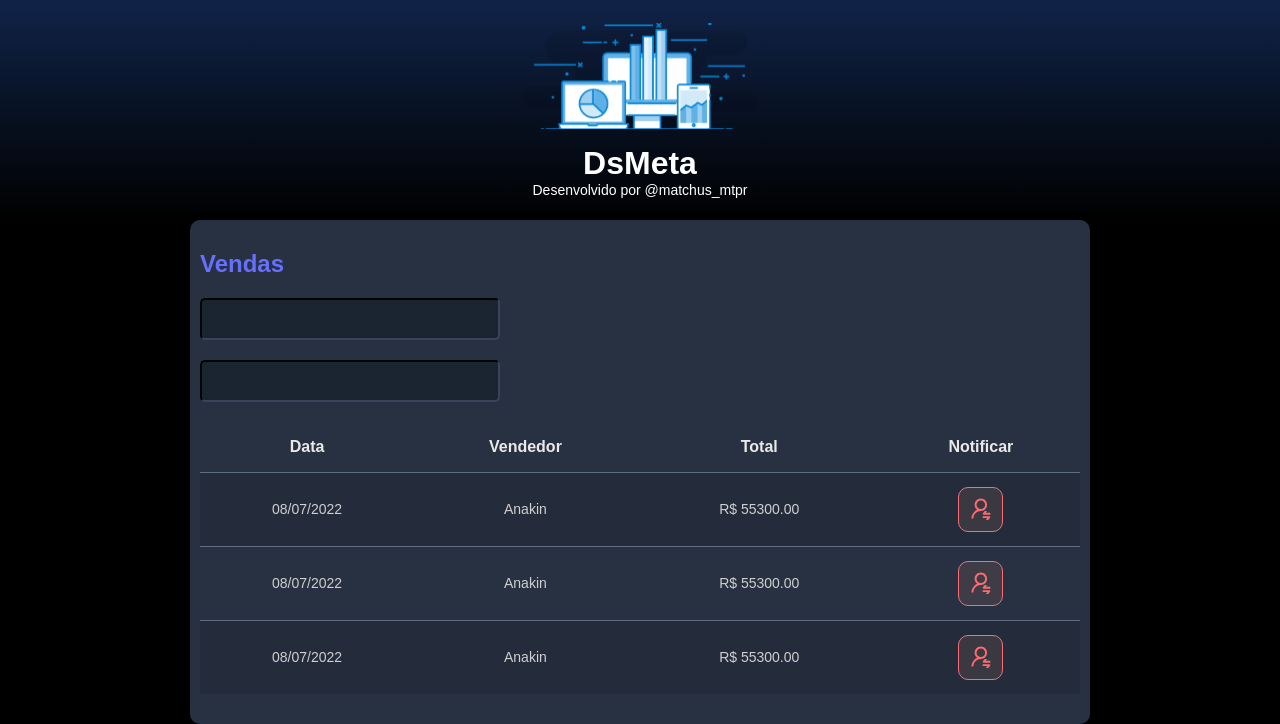
Repository: MatheusAlvesPereiraRosa/ds-meta
Page: index.html
An editor plug-in stored every save of this project. The page is shown before and after the next save, followed by the edit.
The browser window is 1280 px wide. The pictures show the whole page.

Above is the page before, as saved 2022-09-05 17:12:59.

### index.html
<!DOCTYPE html>
<html lang="en">
  <head>
    <meta charset="UTF-8" />
    <meta http-equiv="X-UA-Compatible" content="IE=edge" />
    <meta name="viewport" content="width=device-width, initial-scale=1.0" />
    <title>Document</title>

    <link rel="stylesheet" href="styles.css" />
  </head>

  <body>
    <header>
      <div class="dsmeta-logo-container">
        <img src="logo.svg" alt="Logo" />
        <h1>DsMeta</h1>
        <p>
          Desenvolvido por
          <a href="https://www.instagram.com/matchus_mtpr">@matchus_mtpr</a>
        </p>
      </div>
    </header>

    <main>
      <section id="sales">
        <div class="dsmeta-container">
          <div class="dsmeta-card">
            <h2 class="dsmeta-sales-title">Vendas</h2>
            <div>
              <div class="dsmeta-form-control-container">
                <input class="dsmeta-form-control" type="text" />
              </div>
              <div class="dsmeta-form-control-container">
                <input class="dsmeta-form-control" type="text" />
              </div>
            </div>

            <div>
              <table class="dsmeta-sales-table">
                <thead>
                  <tr>
                    <th class="show576">Data</th>
                    <th>Vendedor</th>
                    <th>Total</th>
                    <th>Notificar</th>
                  </tr>
                </thead>
                <tbody>
                  <tr>
                    <td class="show576">08/07/2022</td>
                    <td>Anakin</td>
                    <td>R$ 55300.00</td>
                    <td>
                      <div class="dsmeta-red-btn-container">
                        <div class="dsmeta-red-btn">
                          <img src="icone.svg" alt="Notificar" />
                        </div>
                      </div>
                      </tr>
                    </td>
                  </tr>

                  <tr>
                    <td class="show576">08/07/2022</td>
                    <td>Anakin</td>
                    <td>R$ 55300.00</td>
                    <td>
                      <div class="dsmeta-red-btn-container">
                        <div class="dsmeta-red-btn">
                          <img src="icone.svg" alt="Notificar" />
                        </div>
                      </div>
                      </tr>
                    </td>
                  </tr>
                  <tr>
                    <td class="show576">08/07/2022</td>
                    <td>Anakin</td>
                    <td>R$ 55300.00</td>
                    <td>
                      <div class="dsmeta-red-btn-container">
                        <div class="dsmeta-red-btn">
                          <img src="icone.svg" alt="Notificar" />
                        </div>
                      </div>
                      </tr>
                    </td>
                  </tr>
                </tbody>
              </table>
            </div>
          </div>
        </div>
      </section>
    </main>
  </body>
</html>

### styles.css
@import url('https://fonts.googleapis.com/css2?family=Roboto:wght@300&display=swap');

* {
    font-family: 'Rotobto', sans-serif;
    box-sizing: border-box;
    margin: 0;
    padding: 0;
}

header {
    background: linear-gradient(180deg, #102347 0%, transparent);
    height: 220px;
    display: flex;
    align-items: center;
    justify-content: center;
}

body, html {
    background-color: black;
    color: #fff;
}

a, a:hover, a:visited {
    color: unset;
    text-decoration: none;
}

.dsmeta-logo-container {
    display: flex;
    flex-direction: column;
    align-items: center;
}

.dsmeta-logo-container img{
    width: 235px;
}

.dsmeta-logo-container h1{
    margin-top: 15px;
}

.dsmeta-logo-container p{
    font-size: 14px;
    font-weight: 300;
}

.dsmeta-card {
    background-color: #283142;
    border-radius: 10px;
    padding: 30px 10px;
}

.dsmeta-container {
    width: 100%;
    max-width: 900px;
    margin: 0 auto;
}

#id {
    padding: 40px 10px;
}

.dsmeta-sales-title {
    color: #676FFF;
    font-size: 24px;
    margin-bottom: 20px;
}

.dsmeta-form-control {
    height: 36px;
    background-color: #1B2531;
    width: 100%;
    max-width: 300px;
    border-radius: 5px;
    border-color: #384459;
    color: #9AAABE;
    padding: 19px 20px;
    font-size: 18px;
}

.dsmeta-sales-table {
    width: 100%;
    border-spacing: 0;
    border-collapse: collapse;
}

.dsmeta-sales-table thead{
    height: 50px;
    font-size: 16px;
    color: #E9E9E9;
    font-weight: 600;
}

.dsmeta-sales-table tbody{
    font-weight: 400;
    font-size: 14px;
    color: #CFCFCF;
    text-align: center;
}

.dsmeta-sales-table tbody tr {
    height: 74px;
    border-top: 1px solid #5F6E82;
}

.dsmeta-sales-table tbody tr:nth-child(odd) {
    background-color: #242C3B;
}

.dsmeta-sales-table tbody tr:hover > td {
    background-color: #384459;
}

.dsmeta-red-btn-container {
    display: flex;
    justify-content: center;
}

.dsmeta-red-btn {
    height: 45px;
    width: 45px;
    background-color: rgba(255, 167, 114, 0.1);
    border: 1px solid #ff6b72;
    border-radius: 10px;
    display: flex;
    align-items: center;
    justify-content: center;
    cursor: pointer;
}

.dsmeta-form-control-container {
    margin-bottom: 20px;
}

After the next save:
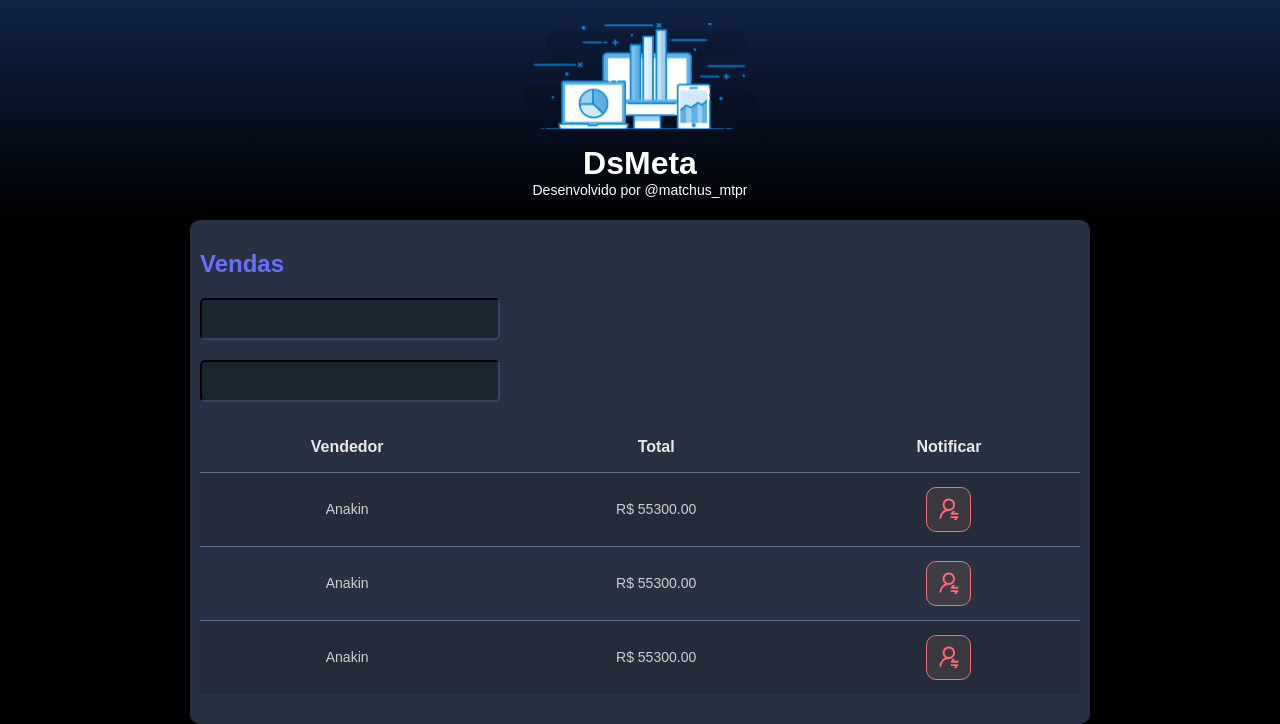
Saved 67 s later.
--- a/styles.css
+++ b/styles.css
@@ -116,6 +116,14 @@
     justify-content: center;
 }
 
+.show576 {
+    display: none;
+}
+
+@media (min-width: 576px) {
+
+}
+
 .dsmeta-red-btn {
     height: 45px;
     width: 45px;

After the 2 saves that followed:
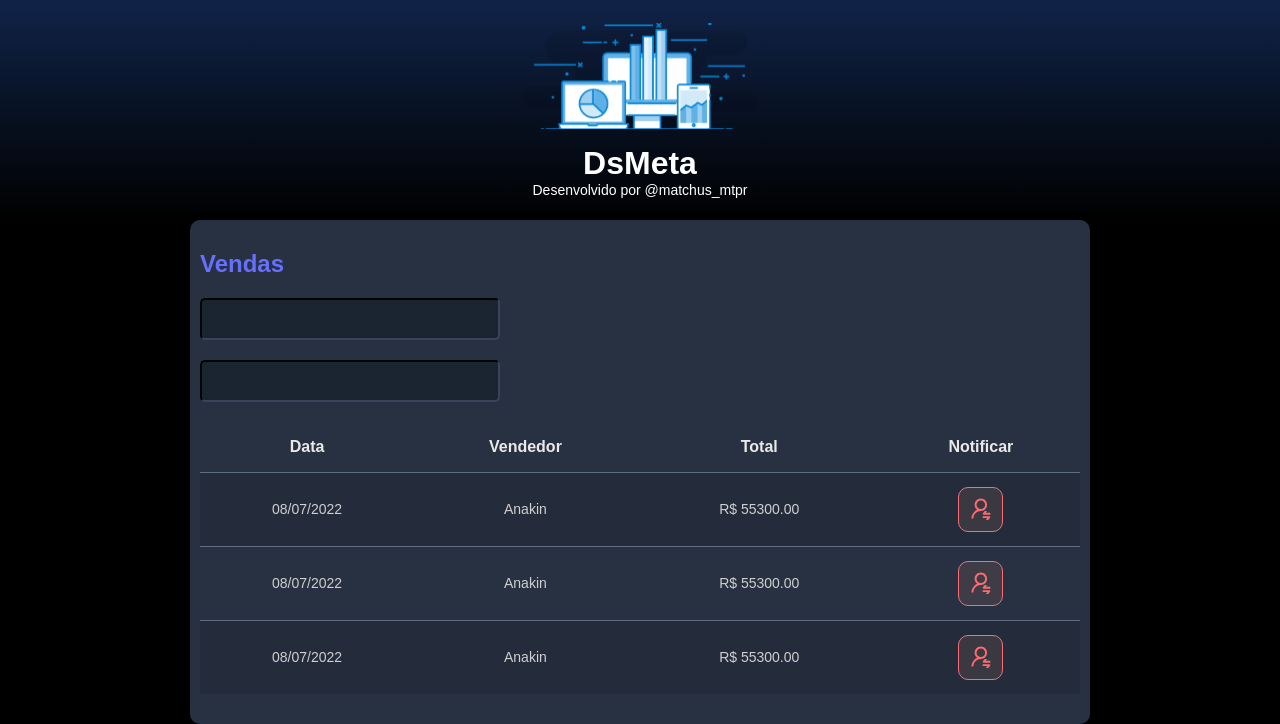
The 2 saves are shown as one change because 1 left the picture as it was.
The last was saved 37 s later.
--- a/styles.css
+++ b/styles.css
@@ -121,7 +121,9 @@
 }
 
 @media (min-width: 576px) {
-
+    .show576 {
+        display: table-cell;
+    }
 }
 
 .dsmeta-red-btn {
